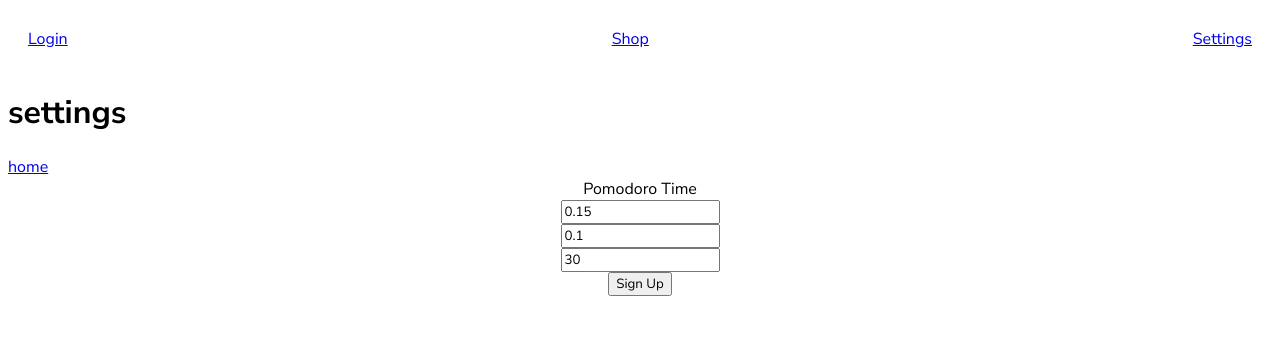
Repository: David-Waite/StudyTimer
Page: /settings
The author's editor kept a copy of each file at every save. The page is drawn from the files as they stood at one save, then again after the next save.
The browser window is 1280 px wide. The pictures show the whole page.
The project was rebuilt for these pictures with package versions that can differ from the ones it lists, and the page was loaded fresh each time. Also part of the build but not shown: vite.config.js, src/views/LoginView.vue, src/stores/timer.js, src/components/TimerItem.vue, src/views/HomeView.vue, src/views/ShopView.vue, src/views/SignupView.vue.

Above is the page before, as saved 2024-04-17 18:03:44.

### src/main.js
import './assets/main.css'

import { createApp } from 'vue'
import { createPinia } from 'pinia'

import App from './App.vue'
import router from './router'
const app = createApp(App)

import { initializeApp } from 'firebase/app'
import { getFirestore } from 'firebase/firestore'
const firebaseConfig = {
  apiKey: 'AIzaSyDIrjlSH1FTxcHbbijQK5LTi-fJHY5x5Rc',
  authDomain: 'studytimer-24827.firebaseapp.com',
  projectId: 'studytimer-24827',
  storageBucket: 'studytimer-24827.appspot.com',
  messagingSenderId: '294964216380',
  appId: '1:294964216380:web:881cc678b0b004a550f939',
  measurementId: 'G-QZWGJ01WY5'
}

// Initialize Firebase app
initializeApp(firebaseConfig)

const firebaseApp = initializeApp(firebaseConfig)
const db = getFirestore(firebaseApp)

app.use(createPinia())

app.use(router)

app.mount('#app')
export default db

### src/App.vue
<script setup>
import { RouterView } from 'vue-router'
import NavItem from './components/NavItem.vue'
</script>

<template>
  <NavItem />
  <RouterView />
</template>

<style scoped></style>

### src/router/index.js
import { createRouter, createWebHistory } from 'vue-router'
import LoginView from '../views/LoginView.vue'
import HomeView from '@/views/HomeView.vue'
import ShopView from '@/views/ShopView.vue'
import SettingsView from '@/views/SettingsView.vue'
import SignupView from '@/views/SignupView.vue'

const router = createRouter({
  history: createWebHistory(import.meta.env.BASE_URL),
  routes: [
    {
      path: '/login',
      name: 'login',
      component: LoginView
    },
    {
      path: '/signup',
      name: 'signup',
      component: SignupView
    },
    {
      path: '/',
      name: 'home',
      component: HomeView
    },
    {
      path: '/shop',
      name: 'shop',
      component: ShopView
    },
    {
      path: '/settings',
      name: 'settings',
      component: SettingsView
    }
  ]
})

export default router

### src/assets/base.css
/* color palette from <https://github.com/vuejs/theme>
:root {
  --vt-c-white: #ffffff;
  --vt-c-white-soft: #f8f8f8;
  --vt-c-white-mute: #f2f2f2;

  --vt-c-black: #181818;
  --vt-c-black-soft: #222222;
  --vt-c-black-mute: #282828;

  --vt-c-indigo: #2c3e50;

  --vt-c-divider-light-1: rgba(60, 60, 60, 0.29);
  --vt-c-divider-light-2: rgba(60, 60, 60, 0.12);
  --vt-c-divider-dark-1: rgba(84, 84, 84, 0.65);
  --vt-c-divider-dark-2: rgba(84, 84, 84, 0.48);

  --vt-c-text-light-1: var(--vt-c-indigo);
  --vt-c-text-light-2: rgba(60, 60, 60, 0.66);
  --vt-c-text-dark-1: var(--vt-c-white);
  --vt-c-text-dark-2: rgba(235, 235, 235, 0.64);
}

/* semantic color variables for this project
:root {
  --color-background: var(--vt-c-white);
  --color-background-soft: var(--vt-c-white-soft);
  --color-background-mute: var(--vt-c-white-mute);

  --color-border: var(--vt-c-divider-light-2);
  --color-border-hover: var(--vt-c-divider-light-1);

  --color-heading: var(--vt-c-text-light-1);
  --color-text: var(--vt-c-text-light-1);

  --section-gap: 160px;
}

@media (prefers-color-scheme: dark) {
  :root {
    --color-background: var(--vt-c-black);
    --color-background-soft: var(--vt-c-black-soft);
    --color-background-mute: var(--vt-c-black-mute);

    --color-border: var(--vt-c-divider-dark-2);
    --color-border-hover: var(--vt-c-divider-dark-1);

    --color-heading: var(--vt-c-text-dark-1);
    --color-text: var(--vt-c-text-dark-2);
  }
}

*,
*::before,
*::after {
  box-sizing: border-box;
  margin: 0;
  font-weight: normal;
}

body {
  min-height: 100vh;
  color: var(--color-text);
  background: var(--color-background);
  transition:
    color 0.5s,
    background-color 0.5s;
  line-height: 1.6;
  font-family:
    Inter,
    -apple-system,
    BlinkMacSystemFont,
    'Segoe UI',
    Roboto,
    Oxygen,
    Ubuntu,
    Cantarell,
    'Fira Sans',
    'Droid Sans',
    'Helvetica Neue',
    sans-serif;
  font-size: 15px;
  text-rendering: optimizeLegibility;
  -webkit-font-smoothing: antialiased;
  -moz-osx-font-smoothing: grayscale;
} */

@import url('https://fonts.googleapis.com/css2?family=Nunito+Sans:ital,opsz,wght@0,6..12,200..1000;1,6..12,200..1000&display=swap');

* {
  font-family: 'Nunito Sans', sans-serif;
  font-optical-sizing: auto;
}

### src/components/NavItem.vue
<script setup>
import { RouterLink } from 'vue-router'
import { getAuth, onAuthStateChanged, signOut } from 'firebase/auth'
import router from '@/router'
</script>

<script>
export default {
  data() {
    return {
      auth: '',
      isLoggedIn: false
    }
  },
  methods: {
    handleSignOut() {
      signOut(this.auth)
      router.push('/signup')
    }
  },
  mounted() {
    this.auth = getAuth()
    onAuthStateChanged(this.auth, (user) => {
      if (user) {
        this.isLoggedIn = true
      } else {
        this.isLoggedIn = false
      }
    })
  }
}
</script>

<template>
  <div class="navContainer">
    <RouterLink v-if="!isLoggedIn" to="/login">Login</RouterLink>
    <button v-if="isLoggedIn" @click="handleSignOut">log out</button>
    <RouterLink to="/shop">Shop</RouterLink>
    <RouterLink to="/settings">Settings</RouterLink>
  </div>
</template>

<style scoped>
.navContainer {
  padding: 20px;
  display: flex;
  justify-content: space-between;
}
</style>

### src/views/SettingsView.vue
<template>
  <h1>settings</h1>
  <RouterLink to="/">home</RouterLink>
  <form @submit.prevent="registerUser">
    <label for="pomodoroTime">Pomodoro Time</label>
    <input v-model="pomodoroTime" type="number" id="pomodoroTime" required />
    <label for="shortRest"></label>
    <input v-model="shortRest" type="number" id="shortRest" required />
    <label for="longRest"></label>
    <input v-model="longRest" type="number" id="longRest" required />
    <button type="submit">Sign Up</button>
  </form>
</template>

<script setup>
import { RouterLink } from 'vue-router'
import { usePomodoroSettingsStore } from '@/stores/settings'
</script>

<script>
export default {
  data() {
    const settings = usePomodoroSettingsStore()
    return {
      pomodoroTime: settings.pomodoroTime,
      shortRest: settings.shortRest,
      longRest: settings.longRest,
      pomodoroTillLongRest: settings.pomodoroTillLongRest
    }
  }
}
</script>
<style scoped>
form {
  display: flex;
  flex-direction: column;
  align-items: center;
}
</style>

### src/stores/settings.js
import { defineStore } from 'pinia'

export const usePomodoroSettingsStore = defineStore('settings', {
  state: () => {
    return { pomodoroTime: 0.15, shortRest: 0.1, longRest: 30, pomodoroTillLongRest: 4 }
  },

  actions: {
    setPomodoro(mintues) {
      this.pomodoroTime = mintues
    },
    setShortRest(mintues) {
      this.shortRest = mintues
    },
    setLongRest(mintues) {
      this.longRest = mintues
    },
    setPomodoroTillLongRest(amount) {
      this.pomodoroTillLongRest = amount
    }
  }
})

Loaded but not shown: index.html (common file); src/assets/main.css (common file)

After the next save:
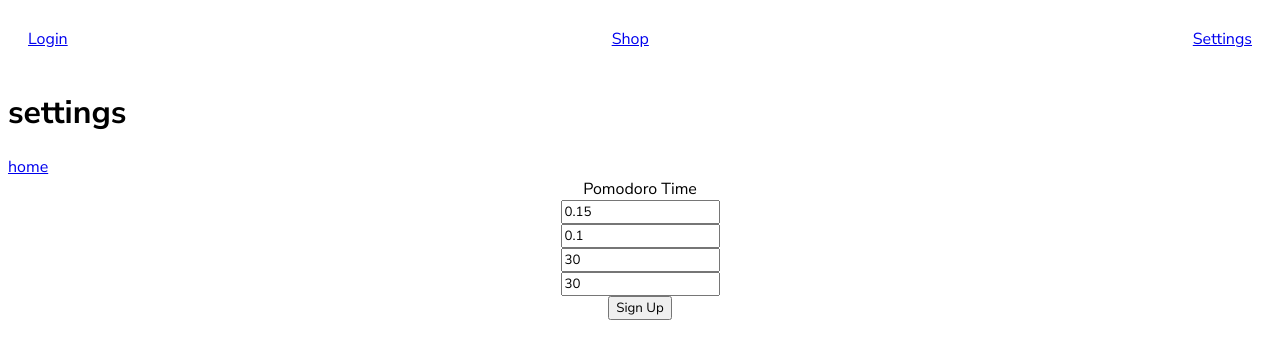
Saved 9 s later.
--- a/src/views/SettingsView.vue
+++ b/src/views/SettingsView.vue
@@ -6,6 +6,8 @@
     <input v-model="pomodoroTime" type="number" id="pomodoroTime" required />
     <label for="shortRest"></label>
     <input v-model="shortRest" type="number" id="shortRest" required />
+    <label for="longRest"></label>
+    <input v-model="longRest" type="number" id="longRest" required />
     <label for="longRest"></label>
     <input v-model="longRest" type="number" id="longRest" required />
     <button type="submit">Sign Up</button>
